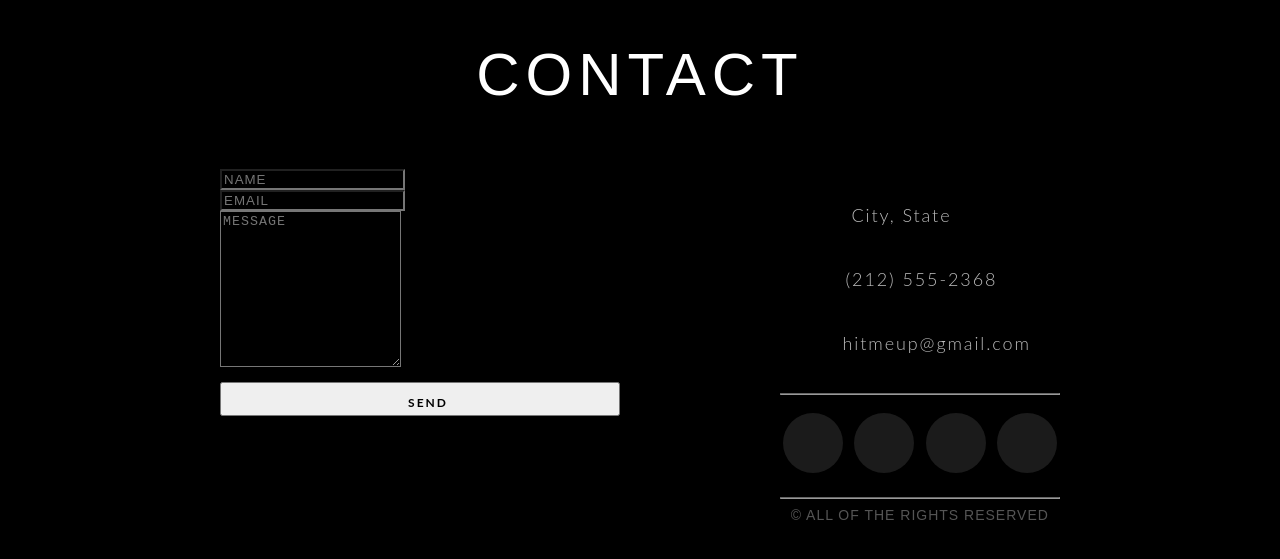
Repository: Khuongg01/Ban-Dong-ho
Page: http://localhost/pages/main/contact.php
The author's editor kept a copy of each file at every save. The page is drawn from the files as they stood at one save, then again after the next save.
The browser window is 1280 px wide. The pictures show the whole page.
The page is run by PHP 8.4 with error messages shown; the project is at /var/www/html/.

Above is the page before, as saved 2022-04-13 18:18:40.

After the next save:
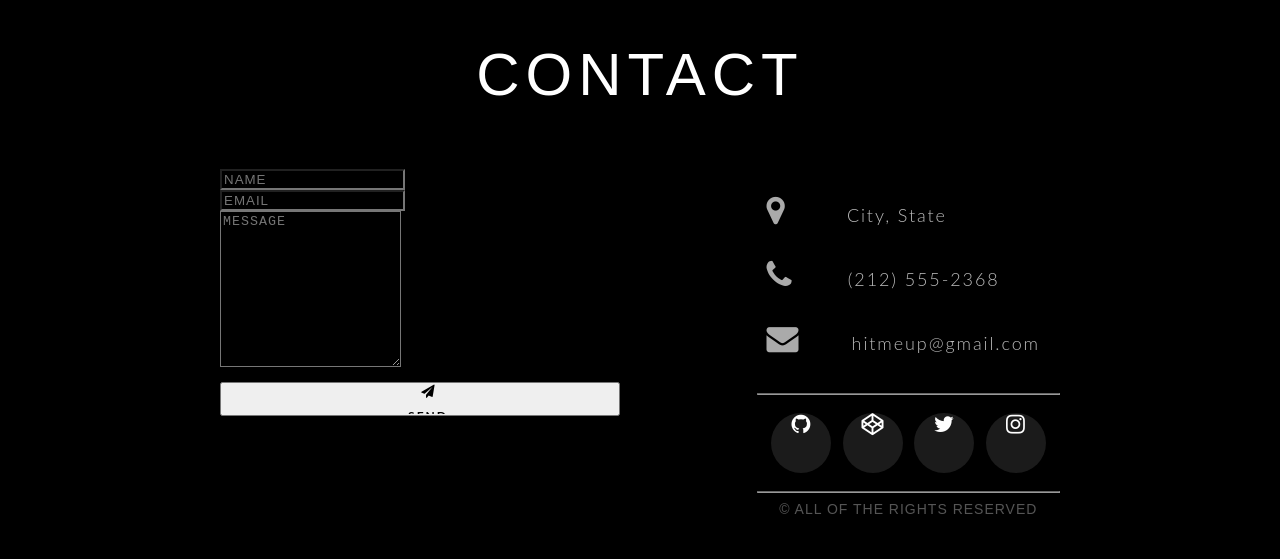
Saved 3 min 29 s later.
--- a/pages/main/contact.php
+++ b/pages/main/contact.php
@@ -252,6 +252,7 @@
     }
     }
 </style>
+<link rel="stylesheet" href="https://cdnjs.cloudflare.com/ajax/libs/font-awesome/4.7.0/css/font-awesome.min.css">
 <section id="contact">
 
   <h1 class="section-header">Contact</h1>
